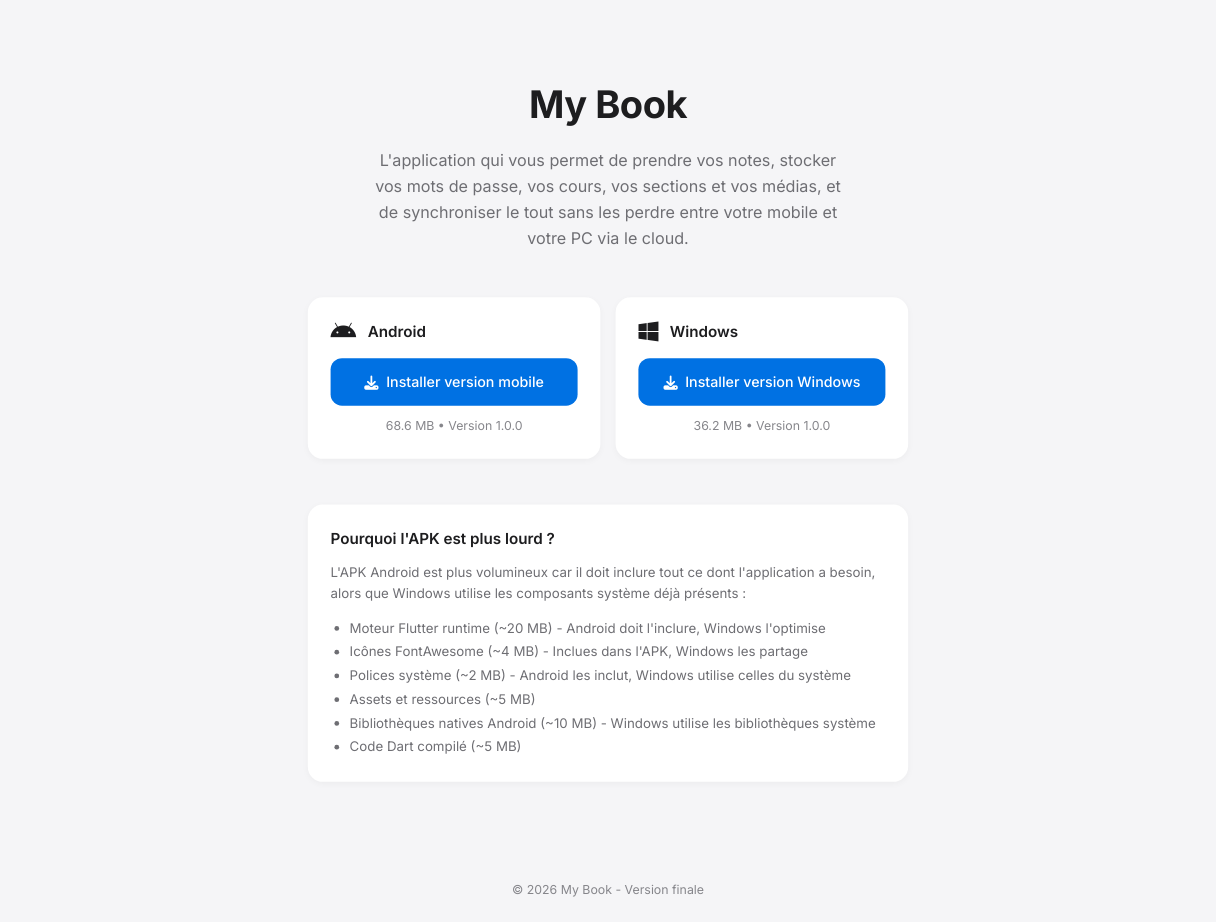
Repository: Deogratiasdev/app
Page: test.html
The author's editor kept a copy of each file at every save. The page is drawn from the files as they stood at one save, then again after the next save.
The browser window is 1280 px wide. The pictures show the whole page, at 95% of full size.

Above is the page before, as saved 2026-04-12 00:10:17.

### test.html
<!DOCTYPE html>
<html lang="fr">
<head>
    <meta charset="UTF-8">
    <meta name="viewport" content="width=device-width, initial-scale=1.0">
    <title>My Book - Téléchargement</title>
    <link rel="preconnect" href="https://fonts.googleapis.com">
    <link rel="preconnect" href="https://fonts.gstatic.com" crossorigin>
    <link href="https://fonts.googleapis.com/css2?family=Inter:wght@400;500;600;700&display=swap" rel="stylesheet">
    <link rel="stylesheet" href="https://cdnjs.cloudflare.com/ajax/libs/font-awesome/6.4.0/css/all.min.css">
    <style>
        * {
            margin: 0;
            padding: 0;
            box-sizing: border-box;
        }
        body {
            font-family: 'Inter', -apple-system, BlinkMacSystemFont, "Segoe UI", Roboto, sans-serif;
            background: #f5f5f7;
            color: #1d1d1f;
            line-height: 1.5;
            min-height: 100vh;
            display: flex;
            flex-direction: column;
        }
        .container {
            max-width: 680px;
            margin: 0 auto;
            padding: 80px 24px;
            flex: 1;
        }
        .header {
            text-align: center;
            margin-bottom: 48px;
        }
        h1 {
            font-size: 40px;
            font-weight: 700;
            margin-bottom: 16px;
            letter-spacing: -0.5px;
            color: #1d1d1f;
        }
        .description {
            font-size: 17px;
            color: #6e6e73;
            line-height: 1.6;
            max-width: 500px;
            margin: 0 auto;
        }
        .downloads {
            display: flex;
            flex-direction: column;
            gap: 16px;
            margin-bottom: 48px;
        }
        .download-card {
            background: #ffffff;
            border-radius: 16px;
            padding: 24px;
            box-shadow: 0 2px 8px rgba(0,0,0,0.04);
            transition: transform 0.2s ease, box-shadow 0.2s ease;
        }
        .download-card:hover {
            transform: translateY(-2px);
            box-shadow: 0 4px 16px rgba(0,0,0,0.08);
        }
        .download-card-header {
            display: flex;
            align-items: center;
            margin-bottom: 16px;
        }
        .download-card-header i {
            font-size: 24px;
            margin-right: 12px;
            color: #1d1d1f;
        }
        .download-card-header h2 {
            font-size: 16px;
            font-weight: 600;
            color: #1d1d1f;
        }
        .download-btn {
            display: flex;
            align-items: center;
            justify-content: center;
            width: 100%;
            padding: 14px 24px;
            background: #0071e3;
            color: #ffffff;
            text-decoration: none;
            font-size: 15px;
            font-weight: 500;
            border: none;
            border-radius: 12px;
            transition: background 0.2s ease;
        }
        .download-btn:hover {
            background: #0077ed;
        }
        .download-btn i {
            margin-right: 8px;
        }
        .download-info {
            font-size: 13px;
            color: #86868b;
            margin-top: 12px;
            text-align: center;
        }
        .info-section {
            background: #ffffff;
            border-radius: 16px;
            padding: 24px;
            box-shadow: 0 2px 8px rgba(0,0,0,0.04);
        }
        .info-section h3 {
            font-size: 16px;
            font-weight: 600;
            color: #1d1d1f;
            margin-bottom: 12px;
        }
        .info-section p {
            font-size: 14px;
            color: #6e6e73;
            line-height: 1.6;
            margin-bottom: 12px;
        }
        .info-section ul {
            font-size: 14px;
            color: #6e6e73;
            line-height: 1.8;
            margin-left: 20px;
        }
        .footer {
            text-align: center;
            padding: 24px;
            font-size: 13px;
            color: #86868b;
        }
        @media (min-width: 768px) {
            .downloads {
                flex-direction: row;
            }
            .download-card {
                flex: 1;
            }
        }
    </style>
</head>
<body>
    <div class="container">
        <div class="header">
            <h1>My Book</h1>
            <p class="description">L'application qui vous permet de prendre vos notes, stocker vos mots de passe, vos cours, vos sections et vos médias, et de synchroniser le tout sans les perdre entre votre mobile et votre PC via le cloud.</p>
        </div>

        <div class="downloads">
            <div class="download-card">
                <div class="download-card-header">
                    <i class="fab fa-android"></i>
                    <h2>Android</h2>
                </div>
                <a href="https://github.com/Deogratiasdev/app/raw/main/releases/MyBook.apk" download class="download-btn"><i class="fas fa-download"></i> Installer version mobile</a>
                <p class="download-info">68.6 MB • Version 1.0.0</p>
            </div>

            <div class="download-card">
                <div class="download-card-header">
                    <i class="fab fa-windows"></i>
                    <h2>Windows</h2>
                </div>
                <a href="https://github.com/Deogratiasdev/app/raw/main/releases/MyBook_Setup.exe" download class="download-btn"><i class="fas fa-download"></i> Installer version Windows</a>
                <p class="download-info">36.2 MB • Version 1.0.0</p>
            </div>
        </div>

        <div class="info-section">
            <h3>Pourquoi l'APK est plus lourd ?</h3>
            <p>L'APK Android est plus volumineux car il doit inclure tout ce dont l'application a besoin, alors que Windows utilise les composants système déjà présents :</p>
            <ul>
                <li>Moteur Flutter runtime (~20 MB) - Android doit l'inclure, Windows l'optimise</li>
                <li>Icônes FontAwesome (~4 MB) - Inclues dans l'APK, Windows les partage</li>
                <li>Polices système (~2 MB) - Android les inclut, Windows utilise celles du système</li>
                <li>Assets et ressources (~5 MB)</li>
                <li>Bibliothèques natives Android (~10 MB) - Windows utilise les bibliothèques système</li>
                <li>Code Dart compilé (~5 MB)</li>
            </ul>
        </div>
    </div>

    <div class="footer">
        © 2026 My Book - Version finale
    </div>
</body>
</html>

After the next save:
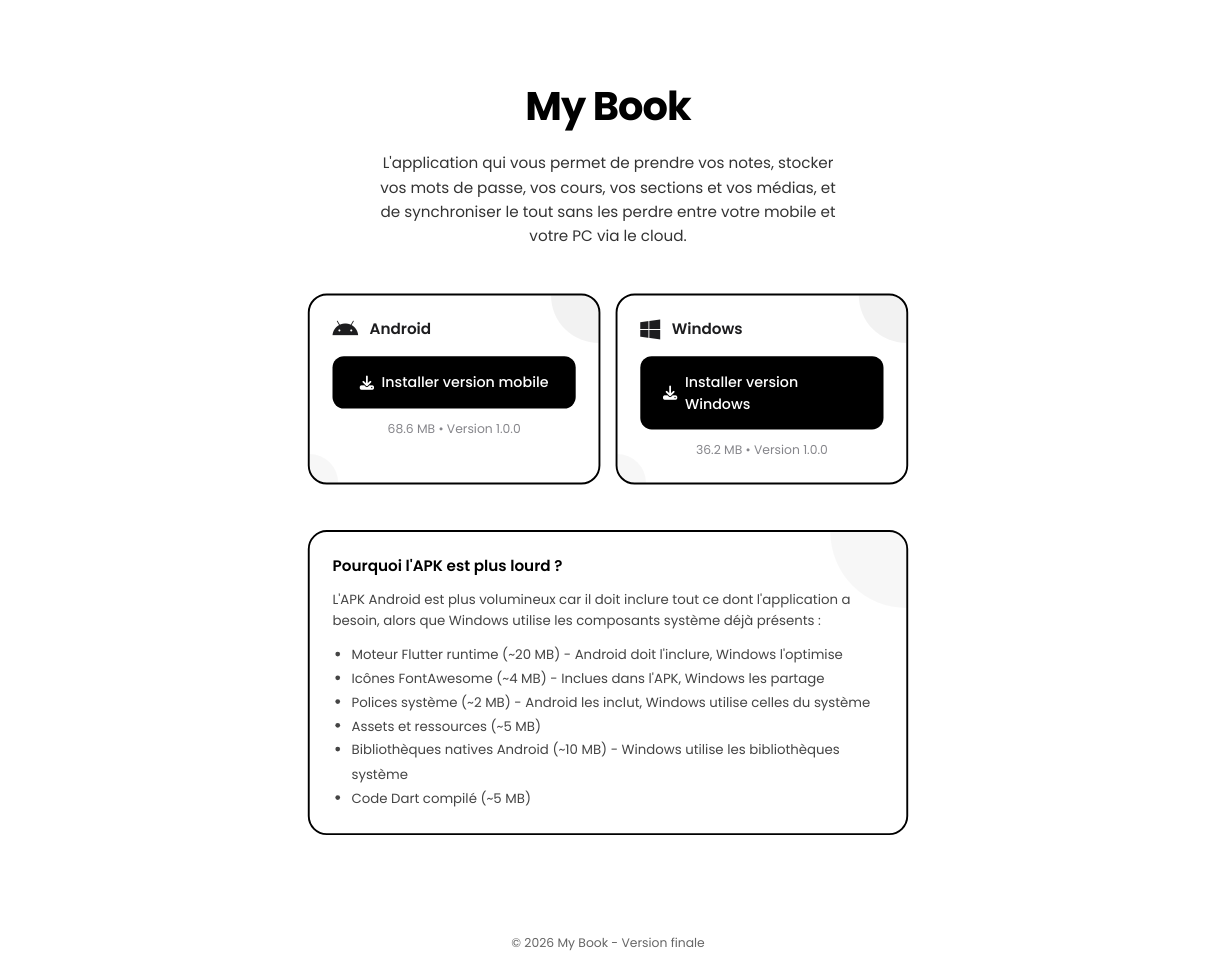
Saved 2 min 37 s later.
--- a/test.html
+++ b/test.html
@@ -6,7 +6,7 @@
     <title>My Book - Téléchargement</title>
     <link rel="preconnect" href="https://fonts.googleapis.com">
     <link rel="preconnect" href="https://fonts.gstatic.com" crossorigin>
-    <link href="https://fonts.googleapis.com/css2?family=Inter:wght@400;500;600;700&display=swap" rel="stylesheet">
+    <link href="https://fonts.googleapis.com/css2?family=Poppins:wght@300;400;500;600;700&display=swap" rel="stylesheet">
     <link rel="stylesheet" href="https://cdnjs.cloudflare.com/ajax/libs/font-awesome/6.4.0/css/all.min.css">
     <style>
         * {
@@ -15,9 +15,9 @@
             box-sizing: border-box;
         }
         body {
-            font-family: 'Inter', -apple-system, BlinkMacSystemFont, "Segoe UI", Roboto, sans-serif;
-            background: #f5f5f7;
-            color: #1d1d1f;
+            font-family: 'Poppins', sans-serif;
+            background: #ffffff;
+            color: #000000;
             line-height: 1.5;
             min-height: 100vh;
             display: flex;
@@ -34,15 +34,15 @@
             margin-bottom: 48px;
         }
         h1 {
-            font-size: 40px;
+            font-size: 42px;
             font-weight: 700;
             margin-bottom: 16px;
-            letter-spacing: -0.5px;
-            color: #1d1d1f;
+            letter-spacing: -1px;
+            color: #000000;
         }
         .description {
-            font-size: 17px;
-            color: #6e6e73;
+            font-size: 16px;
+            color: #333333;
             line-height: 1.6;
             max-width: 500px;
             margin: 0 auto;
@@ -55,14 +55,38 @@
         }
         .download-card {
             background: #ffffff;
-            border-radius: 16px;
+            border: 2px solid #000000;
+            border-radius: 20px;
             padding: 24px;
-            box-shadow: 0 2px 8px rgba(0,0,0,0.04);
-            transition: transform 0.2s ease, box-shadow 0.2s ease;
+            position: relative;
+            overflow: hidden;
+            transition: transform 0.3s ease;
         }
         .download-card:hover {
-            transform: translateY(-2px);
-            box-shadow: 0 4px 16px rgba(0,0,0,0.08);
+            transform: translateY(-4px);
+            box-shadow: 8px 8px 0px #000000;
+        }
+        .download-card::before {
+            content: '';
+            position: absolute;
+            top: -50px;
+            right: -50px;
+            width: 100px;
+            height: 100px;
+            background: #000000;
+            border-radius: 50%;
+            opacity: 0.05;
+        }
+        .download-card::after {
+            content: '';
+            position: absolute;
+            bottom: -30px;
+            left: -30px;
+            width: 60px;
+            height: 60px;
+            background: #000000;
+            border-radius: 50%;
+            opacity: 0.03;
         }
         .download-card-header {
             display: flex;
@@ -84,8 +108,8 @@
             align-items: center;
             justify-content: center;
             width: 100%;
-            padding: 14px 24px;
-            background: #0071e3;
+            padding: 16px 24px;
+            background: #000000;
             color: #ffffff;
             text-decoration: none;
             font-size: 15px;
@@ -95,7 +119,7 @@
             transition: background 0.2s ease;
         }
         .download-btn:hover {
-            background: #0077ed;
+            background: #333333;
         }
         .download-btn i {
             margin-right: 8px;
@@ -108,25 +132,38 @@
         }
         .info-section {
             background: #ffffff;
-            border-radius: 16px;
+            border: 2px solid #000000;
+            border-radius: 20px;
             padding: 24px;
-            box-shadow: 0 2px 8px rgba(0,0,0,0.04);
+            position: relative;
+            overflow: hidden;
+        }
+        .info-section::before {
+            content: '';
+            position: absolute;
+            top: -80px;
+            right: -80px;
+            width: 160px;
+            height: 160px;
+            background: #000000;
+            border-radius: 50%;
+            opacity: 0.03;
         }
         .info-section h3 {
             font-size: 16px;
             font-weight: 600;
-            color: #1d1d1f;
+            color: #000000;
             margin-bottom: 12px;
         }
         .info-section p {
             font-size: 14px;
-            color: #6e6e73;
+            color: #444444;
             line-height: 1.6;
             margin-bottom: 12px;
         }
         .info-section ul {
             font-size: 14px;
-            color: #6e6e73;
+            color: #444444;
             line-height: 1.8;
             margin-left: 20px;
         }
@@ -134,8 +171,34 @@
             text-align: center;
             padding: 24px;
             font-size: 13px;
-            color: #86868b;
-        }
+            color: #666666;
+        }
+
+        /* Bulles figées en background */
+        .bg-bubbles {
+            position: fixed;
+            top: 0;
+            left: 0;
+            width: 100%;
+            height: 100%;
+            pointer-events: none;
+            z-index: -1;
+            overflow: hidden;
+        }
+        .bg-bubbles .bubble {
+            position: absolute;
+            background: #000000;
+            border-radius: 50%;
+            opacity: 0.03;
+        }
+        .bg-bubbles .bubble:nth-child(1) { width: 120px; height: 120px; top: 10%; left: 5%; }
+        .bg-bubbles .bubble:nth-child(2) { width: 80px; height: 80px; top: 20%; right: 10%; }
+        .bg-bubbles .bubble:nth-child(3) { width: 60px; height: 60px; top: 60%; left: 8%; }
+        .bg-bubbles .bubble:nth-child(4) { width: 100px; height: 100px; top: 70%; right: 5%; }
+        .bg-bubbles .bubble:nth-child(5) { width: 40px; height: 40px; top: 40%; left: 15%; }
+        .bg-bubbles .bubble:nth-child(6) { width: 150px; height: 150px; bottom: 10%; left: 20%; }
+        .bg-bubbles .bubble:nth-child(7) { width: 50px; height: 50px; top: 30%; right: 20%; }
+        .bg-bubbles .bubble:nth-child(8) { width: 90px; height: 90px; bottom: 30%; right: 15%; }
         @media (min-width: 768px) {
             .downloads {
                 flex-direction: row;
